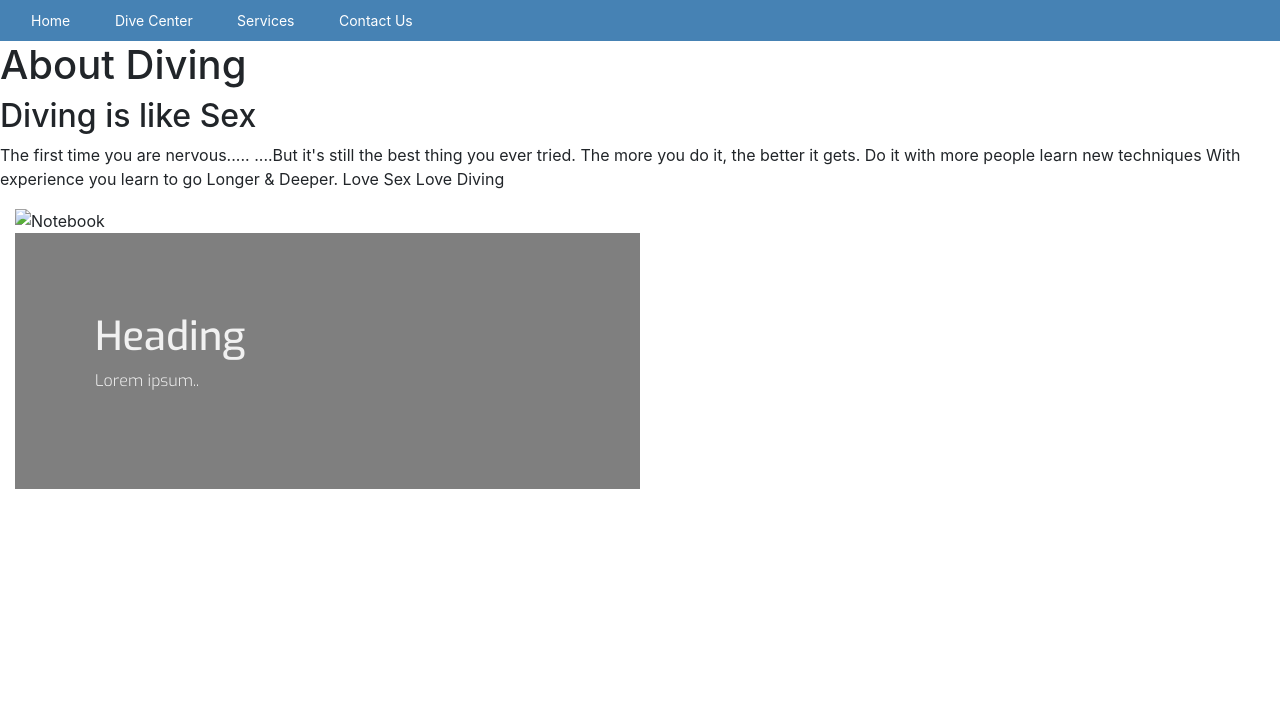
Repository: Code-Institute-Submissions/cathyann-diving.github.io
Page: home.html
The author's editor kept a record of every edit. The page is drawn from the files as they stood at one moment, then again after the next edit.
The browser window is 1280 px wide. The pictures show the whole page.

Above is the page before.
Not found: notebook.jpg

### home.html
<!DOCTYPE html>
<html lang="en">

<head>
    <meta charset="UTF-8">
    <meta name="viewport" content="width=device-width, initial-scale=1.0">
    <meta http-equiv="X-UA-Compatible" content="ie=edge">
    <link rel="stylesheet" href="https://stackpath.bootstrapcdn.com/bootstrap/4.3.1/css/bootstrap.min.css" type="text/css">
    <link rel="stylesheet" href="https://stackpath.bootstrapcdn.com/font-awesome/4.7.0/css/font-awesome.min.css" type="text/css">
    <link rel="stylesheet" href="https://cdnjs.cloudflare.com/ajax/libs/hover.css/2.3.1/css/hover-min.css" type="text/css">
    <link rel="stylesheet" href="assets/css/style.css" type="text/css">
    <title>Diving</title>
</head>

<body>
    <div class="navbar">
        <div class="col">
            <ul id="nav" class="list-inline">
                <li class="ui-menu-color-home list-inline-item">
                    <a href="#" class="hvr-sweep-to-bottom"><span>Home</span></a>
                </li>
                <li class="ui-menu-color-dive-center list-inline-item">
                    <a href="#" class="hvr-sweep-to-bottom"><span>Dive Center</span></a>
                </li>
                <li class="ui-menu-color-services list-inline-item">
                    <a href="#" class="hvr-sweep-to-bottom"><span>Services</span></a>
                </li>
                <li class="ui-menu-color-contact-us list-inline-item">
                    <a href="#" target="_blank" class="hvr-sweep-to-bottom"><span>Contact Us</span></a>
                </li>
            </ul>
        </div>
    </div>
    <div class="main" id="Home">
        <h1>About Diving</h1>
        <h2>Diving is like Sex</h2>
        <p>The first time you are nervous.....
        ....But it's still the best thing you ever tried.
        The more you do it, the better it gets.
        Do it with more people learn new techniques
        With experience you learn to go Longer & Deeper.
            <span>Love Sex Love Diving</span>
        </p>
    </div>
<div class="container">
  <img src="notebook.jpg" alt="Notebook" style="width:100%;">
  <div class="content">
    <h1>Heading</h1>
    <p>Lorem ipsum..</p>
  </div>
</div>




</body>

</html>

### assets/css/style.css
@import url('https://fonts.googleapis.com/css?family=Roboto:100,200,300,400,500,600,700|Exo:100,200,300,400,500,600,700');

/*--------------------------------------------Index.html */

.bg-landing {
    position: fixed;
    background-image: url("../images/jellyfish.jpg");
    display: inline-block;
    background-position: center;
    background-repeat: no-repeat;
    background-size: cover;
    height: 100%;
    width: 100%;
    transition: all .5s ease-in-out;
    -moz-transition: all .5s ease-in-out;
    -webkit-transition: all .5s ease-in-out;
}

.btn {
    position: absolute;
    top: 50%;
    left: 50%;
    transform: translate(-50%, -50%);
    -ms-transform: translate(-50%, -50%);
    background-color: #6495ed;
    color: #fff;
    font-size: 16px;
    font-family: "Roboto", sans-serif;
    font-weight: 400;
    padding: 10px 30px;
    border: none;
    border-radius: 5px;
    text-align: center;
}

.btn span {
    display: inline-block;
    position: relative;
    transition: 0.5s;
}

.btn span:after {
    content: '\00bb';
    position: absolute;
    opacity: 0;
    top: 0;
    right: -20px;
    transition: 0.5s;
}

.btn:hover span {
    padding-right: 25px;
}

.btn:hover span:after {
    opacity: 1;
    right: 0;
}

/*--------------------------------------------Fixed navbar */

.navbar {
    background-color: #4682B4;
    top: 0;
    width: 100%;
    padding: 0px;
}

.navbar a {
    display: block;
    color: #fff;
    text-align: center;
    padding: 10px 16px;
    text-decoration: none;
    font-size: 14px;
}

.navbar a:hover {
    background: #00008B;
    color: black;
}

#nav li {
    font-size: 14px;
    padding: 0;
}

#nav {
    margin: 0;
}

.span {
    display: block;
    width: 100%;
    padding-top: 5px;
    text-align: center;
    text-transform: uppercase;
    font-size: 14px;
    font-weight: 300;
    letter-spacing: 2px;
}

/*--------------------------------------------Content */

.container {
    position: relative;
    max-width: 100%;
    margin: auto;
}

.container .content {
    position: relative;
    background: rgb(0, 0, 0, 0.5);
    color: #f1f1f1;
    width: 50%;
    padding: 80px;
    font-family: "EXO", sans-serif;
    font-weight: 300;
}

After the next edit:
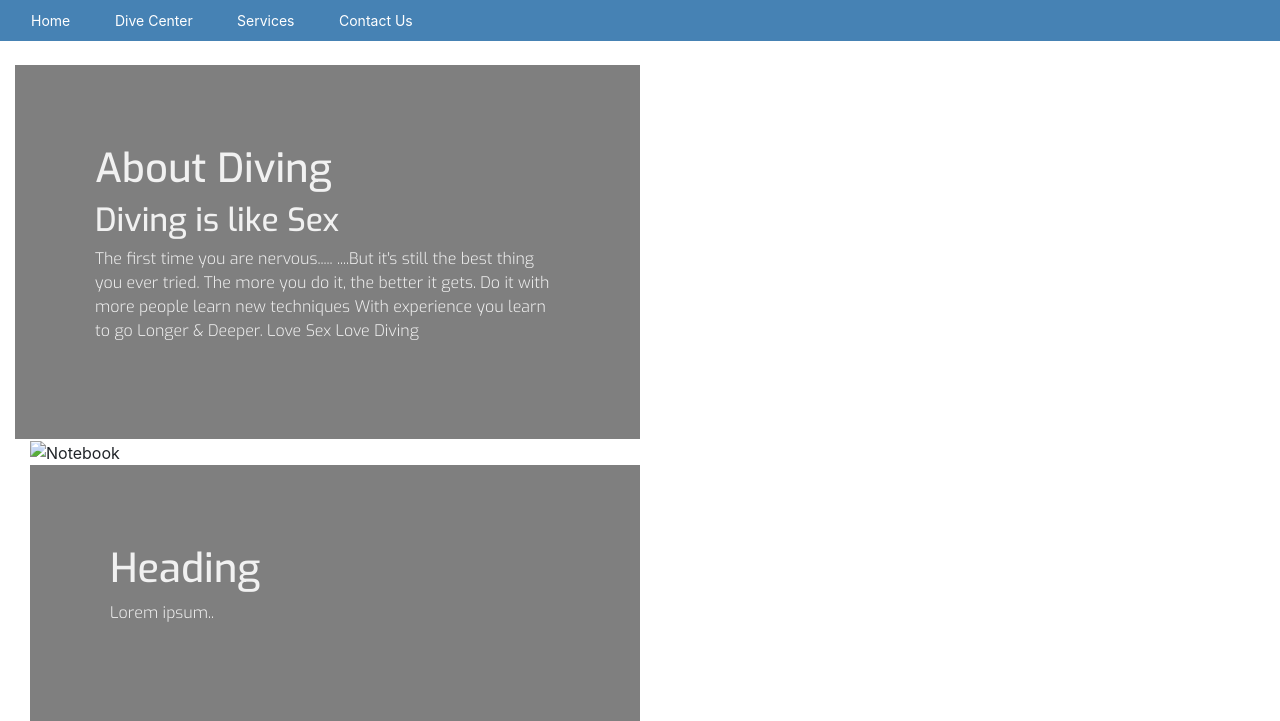
The edit:
--- a/home.html
+++ b/home.html
@@ -31,7 +31,9 @@
             </ul>
         </div>
     </div>
-    <div class="main" id="Home">
+    <div class="main container" id="Home">
+        <img src="#" alt="">
+        <div class="content">
         <h1>About Diving</h1>
         <h2>Diving is like Sex</h2>
         <p>The first time you are nervous.....
